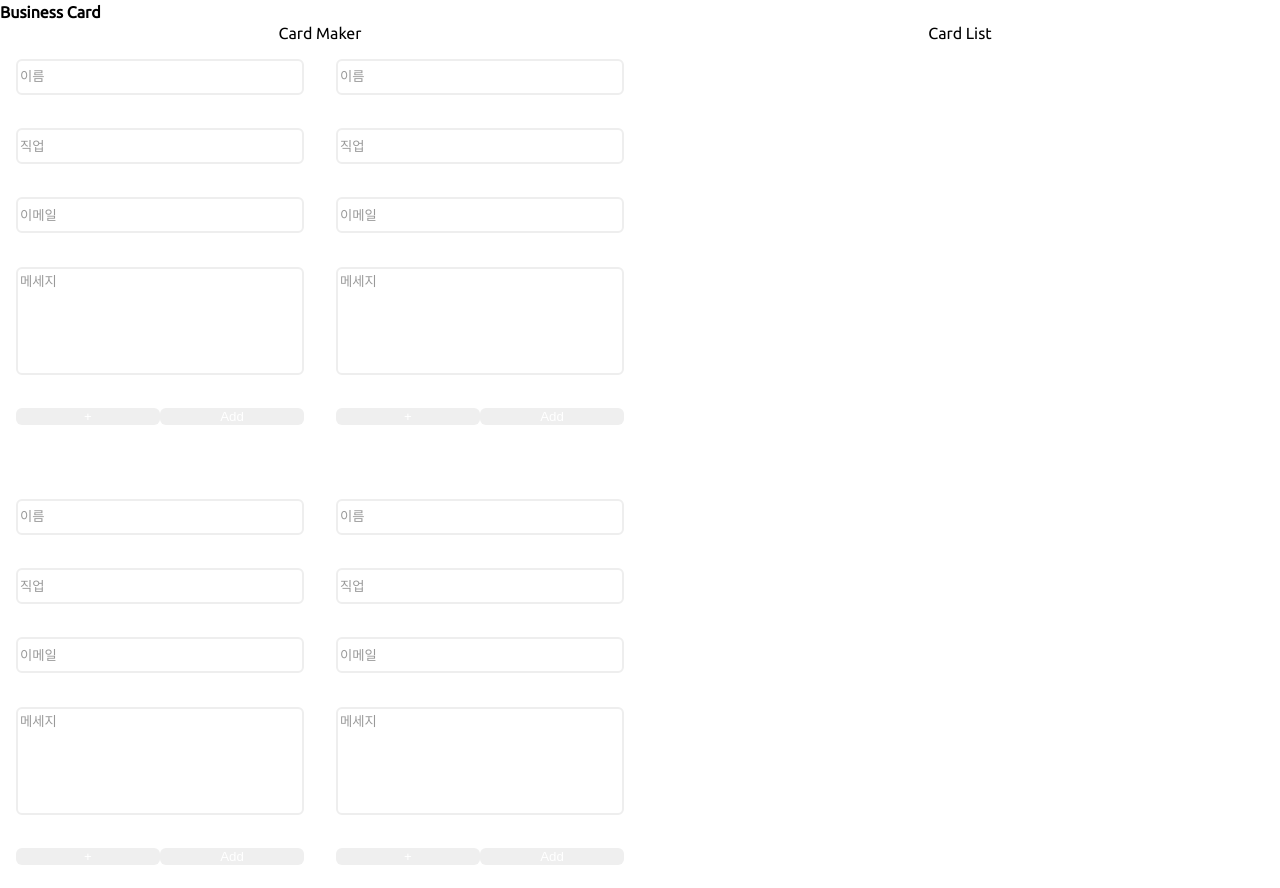
Repository: momo0170/react_businesscard
Page: /main
An editor plug-in stored every save of this project. The page is shown before and after the next save, followed by the edit.
The browser window is 1280 px wide. The pictures show the whole page.
The page's requests for data from a server got no answer. An inner scrolling area shows only its first screen. The project was rebuilt for these pictures with package versions that can differ from the ones it lists, and the page was loaded fresh each time. No one was signed in, and anything a server would have sent is missing. Also part of the build but not shown: src/css/login.module.css, src/route/login.jsx.

Above is the page before, as saved 2022-08-15 10:31:58.

### public/index.html
<!DOCTYPE html>
<html lang="en">
  <head>
    <meta charset="utf-8" />
    <link rel="icon" href="%PUBLIC_URL%/favicon.ico" />
    <meta name="viewport" content="width=device-width, initial-scale=1" />
    <meta name="theme-color" content="#000000" />
    <meta
      name="description"
      content="Web site created using create-react-app"
    />
    <link rel="preconnect" href="https://fonts.googleapis.com" />
    <link rel="preconnect" href="https://fonts.gstatic.com" crossorigin />
    <link
      href="https://fonts.googleapis.com/css2?family=Noto+Sans+KR:wght@400;700&family=Ubuntu:ital,wght@0,400;1,500&display=swap"
      rel="stylesheet"
    />

    <title>App</title>
  </head>
  <body>
    <noscript>You need to enable JavaScript to run this app.</noscript>
    <div id="root"></div>
  </body>
</html>

### src/index.js
import React from 'react';
import ReactDOM from 'react-dom/client';
import './index.css';
import App from './app.jsx';
import { BrowserRouter } from 'react-router-dom';

const root = ReactDOM.createRoot(document.getElementById('root'));
root.render(
  <BrowserRouter>
    <App />
  </BrowserRouter>
);

### src/index.css
html {
  width: 100%;
  height: 120vh;
}

body {
  width: 100%;
  height: 100%;
  margin: 0;
  font-family: 'Noto Sans KR', sans-serif;
  font-family: 'Ubuntu', sans-serif;
}

#root {
  width: 100%;
  height: 100%;
}

### src/app.jsx
import React, { useState, useRef } from 'react';
import { Routes, Route } from 'react-router-dom';

import Login from './route/login';
import Main from './route/main';

import { auth } from './service/firebase.js';
import './service/firebase.js';
import writeUserData from './service/database.js';
import {
  GoogleAuthProvider,
  signInWithPopup,
  createUserWithEmailAndPassword,
  onAuthStateChanged,
  signInWithEmailAndPassword,
  signOut,
} from 'firebase/auth';

// createUserWithEmailAndPassword : 회원가입
// signInWithEmailAndPassword : 로그인
// signOut : 로그아웃
// sendEmailVerifiacation : 회원가입한 이메일 유호 확인
// updateEmail : 회원가입한 아이디 이메일 변경
// updatePassword : 회원가입한 아이디 패스워드 변경
// sendPasswordResetEmail : 회원가입한 비빌먼호 재설정
// delete : 회원가입한 아이디 삭제
// reauthenticate : 아이디 재인증
// onAuthStateChanged : 사용자의 로그인 상태 변경 감시

function App() {
  const [registerEmail, setRegisterEmail] = useState('');
  const [registerPassword, setRegisterPassword] = useState('');
  const [loginEmail, setLoginEmail] = useState(''); // email 저장하는 변수
  const [loginPassword, setLoginPassword] = useState(''); // 비밀번호 저장하는 변수
  const [googleUserData, setGoogleUserData] = useState(null); // google 로그인 사용자 정보
  const [emailUserData, setEmailUserData] = useState(null); // email 로그인 사용자 정보
  const loginInputId = useRef(); // id input 태그 제어
  const loginInputPassword = useRef(); // password input 태그 제어

  // 회원가입
  const register = () => {
    createUserWithEmailAndPassword(auth, registerEmail, registerPassword)
      .then((userCredential) => {
        var registerUser = userCredential.user;
        console.log(registerUser);
      })
      .catch((error) => {
        var errorCode = error.code;
        var errorMessage = error.message;
        console.log(errorCode);
        console.log(errorMessage);
        // ..
      });
  };

  // 이메일 로그인
  const emailLogin = (e) => {
    e.preventDefault();
    loginInputId.current.value = '';
    loginInputPassword.current.value = '';
    signInWithEmailAndPassword(auth, loginEmail, loginPassword)
      .then((userCredential) => {
        const data = userCredential.user;
        setEmailUserData(data);
        console.log(data);
        document.location.href = '/main';
      })
      .catch((error) => {
        const errorCode = error.code;
        const errorMessage = error.message;
        console.log(errorCode);
        console.log(errorMessage);
      });
  };

  // 구글 로그인
  const googleLogin = () => {
    const provider = new GoogleAuthProvider(); // provider를 구글로 설정
    signInWithPopup(auth, provider) // popup을 이용한 signup
      .then((data) => {
        setGoogleUserData(data.user); // user data 설정
        console.log(data); // console로 들어온 데이터 표시
        document.location.href = '/main';
      })
      .catch((err) => {
        console.log(err);
      });
  };

  return (
    <Routes>
      <Route path="/">
        <Route
          path="login"
          element={
            <Login
              googleLogin={googleLogin}
              register={register}
              emailLogin={emailLogin}
              googleUserData={googleUserData}
              setGoogleUserData={setGoogleUserData}
              emailUserData={emailUserData}
              setEmailUserData={setEmailUserData}
              setLoginEmail={setLoginEmail}
              setLoginPassword={setLoginPassword}
              loginInputId={loginInputId}
              loginInputPassword={loginInputPassword}
            />
          }
        />
      </Route>
      <Route path="/main" element={<Main />} />
    </Routes>
  );
}

export default App;

### src/route/main.jsx
import React from 'react';
import { useState } from 'react';
import styles from '../css/main.module.css';
import CardMaker from '../components/cardMaker';

function Main() {
  const [maker, setMaker] = useState([
    {
      name: '창한',
      job: 'Front-End Developer',
      email: 'momo017097@gmail.com',
      message: '화이팅',
    },
    {
      name: 'Donald',
      job: 'FBI agent',
      email: 'dnd@gmail.com',
      message: 'Get down here',
    },
  ]);
  const [card, setCard] = useState([]);

  return (
    <>
      <header className={styles.header}>
        <span className={styles.title}>Business Card</span>
        <div>
          <span className={styles.logout}>로그아웃</span>
        </div>
      </header>
      <div className={styles.container}>
        {/* 카드 메이커 */}
        <div className={styles.cardMakerTitle}>
          <span>Card Maker</span>
          <div className={styles.cardMakers}>
            <CardMaker />
            <CardMaker />
            <CardMaker />
            <CardMaker />
            <CardMaker />
            <CardMaker />
          </div>
        </div>

        {/* 카드 리스트 */}
        <div className={styles.cardListTitle}>
          <span>Card List</span>
          <div className={styles.cardLists}></div>
        </div>
      </div>
    </>
  );
}

export default Main;

### src/service/firebase.js
import { initializeApp } from 'firebase/app';
import { getAuth } from 'firebase/auth';

const firebaseConfig = {
  apiKey: process.env.REACT_APP_API_KEY,
  authDomain: process.env.REACT_APP_AUTH_DOMAIN,
  projectId: process.env.REACT_APP_PROJECT_ID,
  storageBucket: process.env.REACT_APP_STORAGE_BUCKET,
  messagingSenderId: process.env.REACT_APP_MESSAGING_ID,
  appId: process.env.REACT_APP_APP_ID,
};
const app = initializeApp(firebaseConfig);
const auth = getAuth(app);

export { app, auth };

### src/service/database.js
import { getDatabase, ref, set } from 'firebase/database';

// set을 사용해서 지정된 참조에 데이터를 저장
// 해당 경로의 기존 데이터를 모두 바꿈
// 하위 노드를 포함하여 지정된 위치의 데이터를 덮어 씀
const writeUserData = (userId, name, email) => {
  const db = getDatabase();
  set(ref(db, '/main/users/' + userId), {
    username: name,
    email: email,
  });
};

// onValue 메소드가 이벤트를 관찰
// 이벤트가 발생하면 지정한 경로에 있는 콘텐츠의 정적 스냅샷을 읽음
// 처음에 리스너에 연결될 때 한 번 트리거되고, 하위 요소를 포함한 데이터가 변경될 때마다 다시 트리거
// 리스너는 이벤트 발생 시점에 지정된 위치에 있던 데이터르 포함하는 스냅샷을 수신
// val() 메소트를 이용해 스냅샷 데이터 검색 가능

export default writeUserData;

### src/css/main.module.css
@value normalBlue from '../common/colors.css';
@value marginNormal, fontXLarge, marginHigh, paddingLow, fontLarge, paddingNormal, paddingHigh, fontXXLarge from '../common/size.css';

.header {
  display: flex;
  justify-content: space-between;
  align-items: center;
  padding: paddingNormal paddingHigh;
  position: sticky;
  top: 0;
  background-color: white;
}

.title {
  color: normalBlue;
  margin: 0;
  font-size: fontXXLarge;
  font-weight: 600;
}

.logout {
  cursor: pointer;
  background-color: normalBlue;
  padding: paddingLow;
  color: white;
  font-weight: 600;
  border-radius: 6px;
}

.container {
  display: flex;
  height: 100%;
}

.cardMakerTitle,
.cardListTitle {
  display: flex;
  flex-direction: column;
  align-items: center;
}
.cardMakerTitle,
.cardListTitle {
  /* background-color: grey; */
  flex: 1 1 50%;
}

.cardMakerTitle span,
.cardListTitle span {
  margin-bottom: marginNormal;
  font-size: fontXLarge;
}

.cardMakers,
.cardLists {
  width: 100%;
  height: 100%;
  display: grid;
  grid-template-columns: repeat(auto-fill, 50%);
  grid-template-rows: repeat(6, minmax(400px, 400px));
  justify-items: center;
  overflow: auto;
  row-gap: 40px;
}

### src/components/cardMaker.jsx
import styles from '../css/cardMaker.module.css';

function CardMaker() {
  return (
    <div className={styles.frame}>
      <input className={styles.name} placeholder="이름" />
      <input className={styles.job} placeholder="직업" />
      <input className={styles.email} placeholder="이메일" />
      <textarea className={styles.message} placeholder="메세지" />
      <div className={styles.btns}>
        <button className={styles.photoBtn}>+</button>
        <button className={styles.addBtn}>Add</button>
      </div>
    </div>
  );
}

export default CardMaker;

### src/css/cardMaker.module.css
@value normalBlue, cardBackground, cardBorder, cardAdd, cardDelete, photoAdd from '../common/colors.css';
@value marginNormal, fontXLarge, marginLow, marginHigh, paddingLow, fontLarge, paddingNormal, paddingHigh, fontXXLarge from '../common/size.css';

.frame {
  width: 90%;
  display: flex;
  flex-direction: column;
  justify-content: space-around;
  background-color: cardBackground;
  border: 1px solid cardBorder;
  border-radius: 6px;
}

input {
  margin: 0 marginHigh;
  margin-top: marginNormal;
  border: 2px solid #eeeeee;
  border-radius: 6px;
  padding-left: paddingLow;
}

.message {
  margin: marginHigh;
  margin-bottom: 0;
  border: 2px solid #eeeeee;
  border-radius: 6px;
  height: 100px;
  resize: none;
  padding: paddingLow;
}

.name,
.job,
.email {
  height: 30px;
}

input:focus,
.message:focus {
  border: 2px solid normalBlue;
}

input::placeholder,
.message::placeholder {
  color: rgba(0, 0, 0, 0.4);
}

.btns {
  display: flex;
  justify-content: space-between;
  margin: marginLow marginHigh;
}
.photoBtn,
.addBtn {
  outline: 0;
  border: 0;
  border-radius: 6px;
  cursor: pointer;
  flex: 1 1 50%;
  color: white;
  padding: paddingNormal 0;
}

.photoBtn {
  background-color: photoAdd;
  margin-right: marginLow;
}
.addBtn {
  background-color: normalBlue;
}

After the next save:
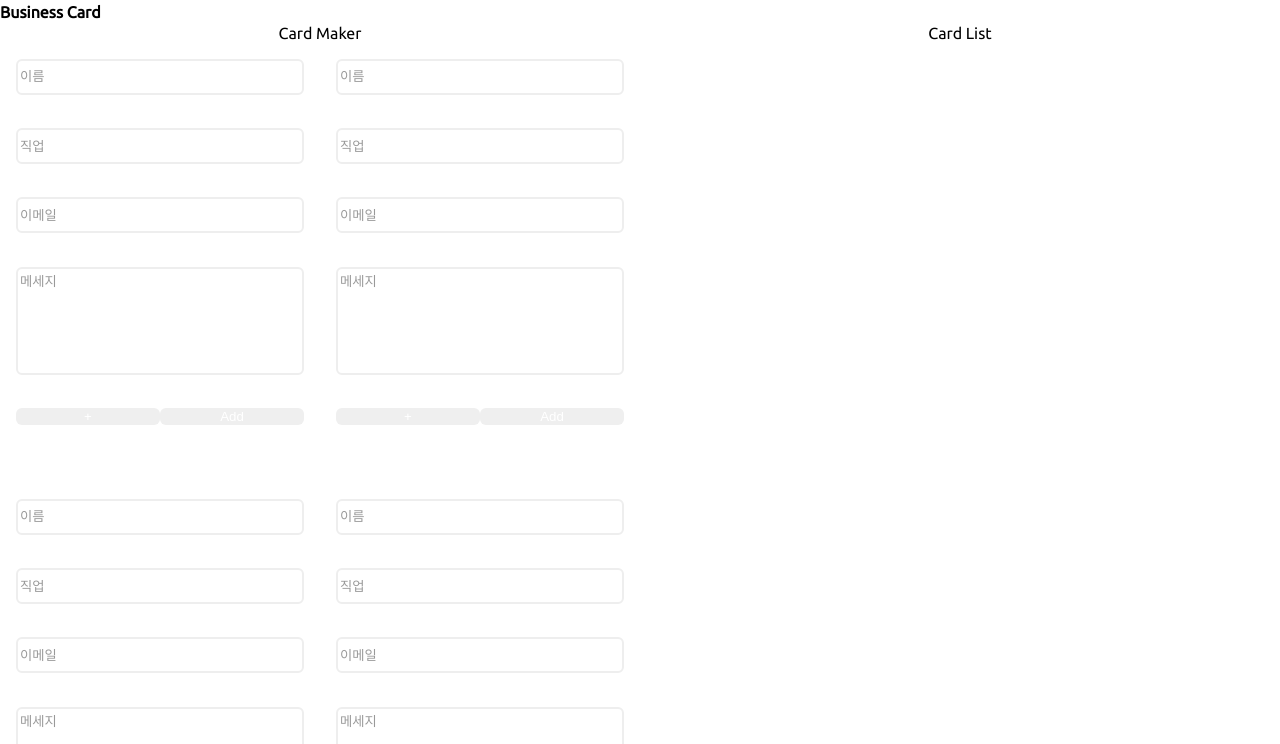
Saved 2 min 29 s later.
--- a/src/index.css
+++ b/src/index.css
@@ -1,6 +1,6 @@
 html {
   width: 100%;
-  height: 120vh;
+  height: 100%;
 }
 
 body {
